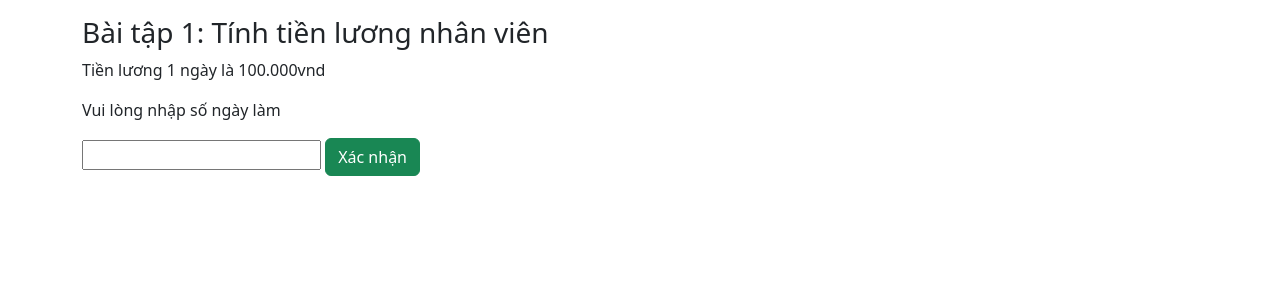
Repository: hcozyph/TranHuuPhuoc_BC43_BT_JS_Buoi2
Page: index.html
The author's editor kept a copy of each file at every save. The page is drawn from the files as they stood at one save, then again after the next save.
The browser window is 1280 px wide. The pictures show the whole page.

Above is the page before, as saved 2023-01-21 20:30:52.
Console error: ReferenceError: luongMotNgay is not defined

After the next save:
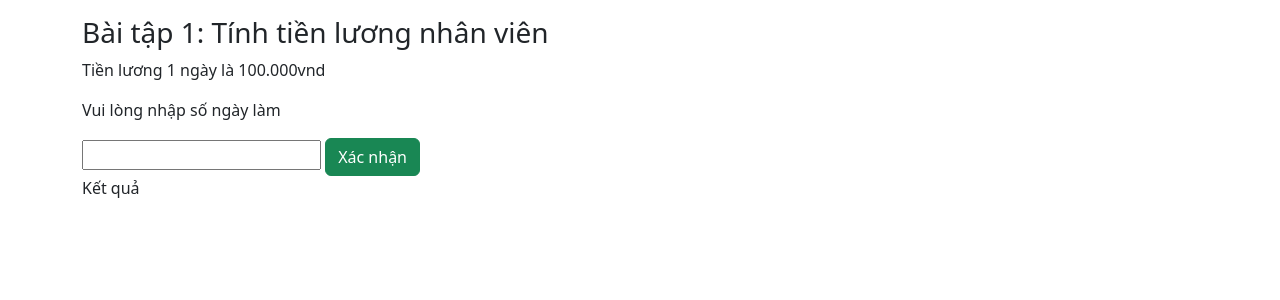
Saved 2 min 42 s later.
--- a/index.html
+++ b/index.html
@@ -44,6 +44,7 @@
                 >
                     Xác nhận
                 </button>
+                <p>Kết quả</p>
             </div>
         </div>
 
